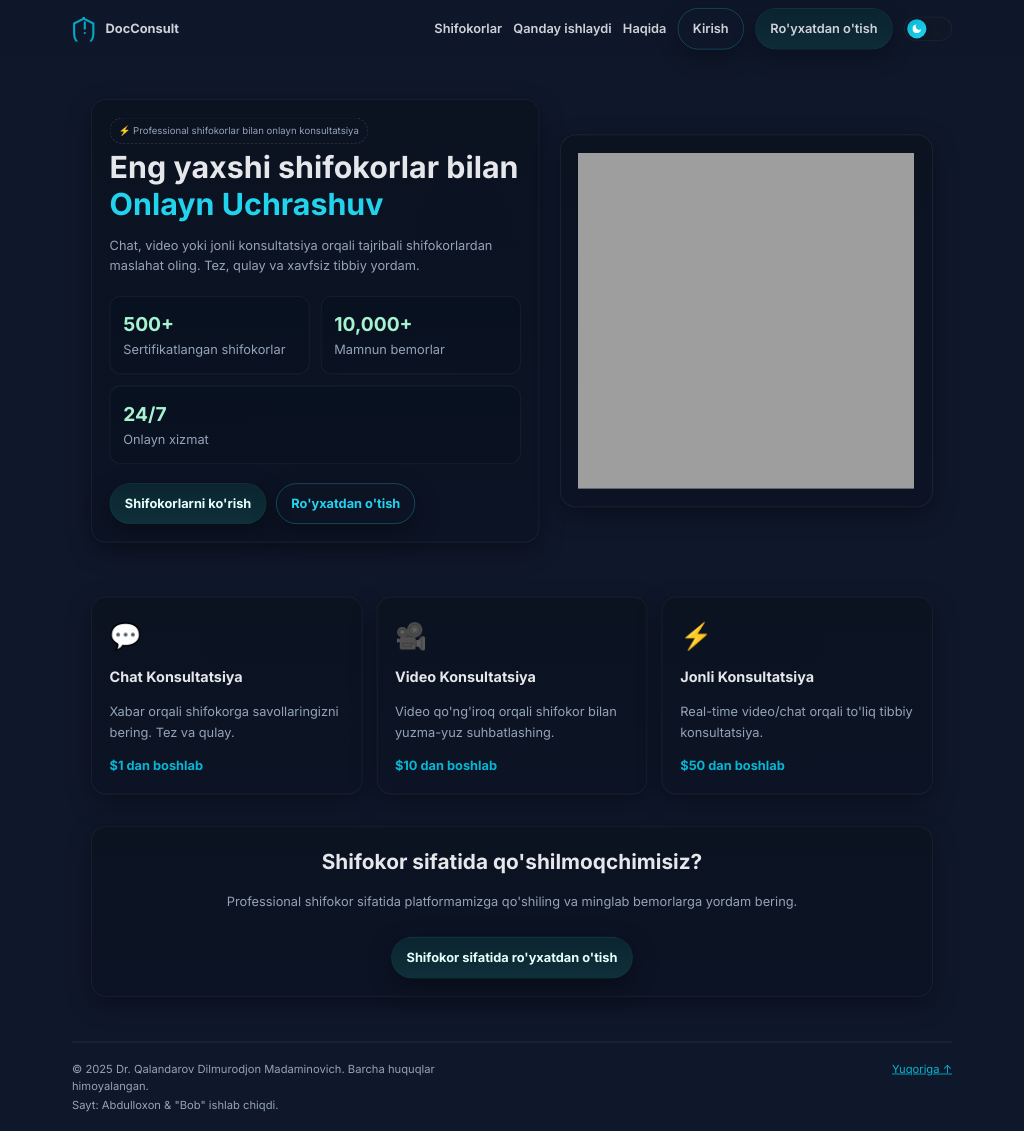
Repository: diyorbe-beep/-----------
Page: /
An editor plug-in stored every save of this project. The page is shown before and after the next save, followed by the edit.
The browser window is 1280 px wide. The pictures show the whole page, at 80% of full size.
Pictures or frames that could not be fetched are drawn as grey boxes. The page's requests for data from a server got no answer. The project was rebuilt for these pictures with package versions that can differ from the ones it lists, and the page was loaded fresh each time. No one was signed in, and anything a server would have sent is missing. Also part of the build but not shown: vite.config.js, src/components/DemoModeWarning.jsx, src/pages/Login.jsx, src/pages/Register.jsx, src/components/DoctorSearch.jsx, src/components/DoctorCard.jsx, src/pages/DoctorList.jsx, src/pages/DoctorDetail.jsx and 12 more.

Above is the page before, as saved 2025-10-20 21:14:37.

After the next save:
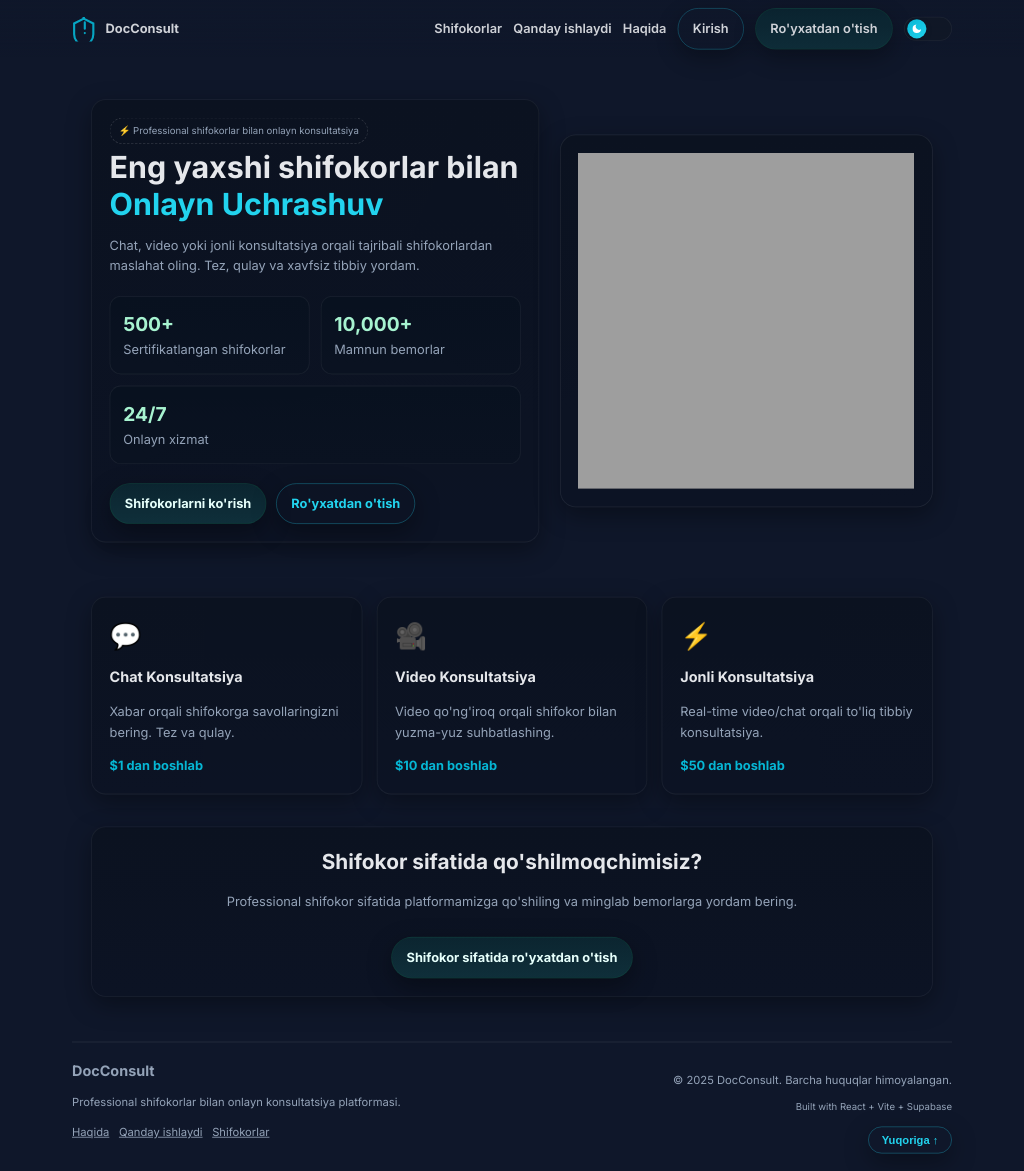
Saved 12 s later.
--- a/src/components/Footer.jsx
+++ b/src/components/Footer.jsx
@@ -1,21 +1,43 @@
 import React from 'react'
-import { scrollToTop } from '../utils/helpers.js'
+import { Link } from 'react-router-dom'
 
 const Footer = () => {
   const currentYear = new Date().getFullYear()
 
+  const scrollToTop = () => {
+    window.scrollTo({ top: 0, behavior: 'smooth' })
+  }
+
   return (
     <section className="footer container">
-      <div className="grid-2">
+      <div className="grid-2" style={{ gap: '32px' }}>
         <div>
-          © {currentYear} Dr. Qalandarov Dilmurodjon Madaminovich. Barcha huquqlar himoyalangan.
-          <br />
-          <span className="muted">Sayt: Abdulloxon & "Bob" ishlab chiqdi.</span>
+          <strong style={{ fontSize: '18px', marginBottom: '12px', display: 'block' }}>
+            DocConsult
+          </strong>
+          <p className="muted" style={{ margin: '0 0 12px', fontSize: '14px' }}>
+            Professional shifokorlar bilan onlayn konsultatsiya platformasi.
+          </p>
+          <div style={{ display: 'flex', gap: '12px', marginTop: '16px' }}>
+            <Link to="/about" className="muted" style={{ fontSize: '14px' }}>Haqida</Link>
+            <Link to="/how-it-works" className="muted" style={{ fontSize: '14px' }}>Qanday ishlaydi</Link>
+            <Link to="/doctors" className="muted" style={{ fontSize: '14px' }}>Shifokorlar</Link>
+          </div>
         </div>
         <div style={{ textAlign: 'right' }}>
-          <a href="#top" onClick={(e) => { e.preventDefault(); scrollToTop(); }}>
+          <p className="muted" style={{ fontSize: '14px', marginBottom: '8px' }}>
+            © {currentYear} DocConsult. Barcha huquqlar himoyalangan.
+          </p>
+          <p className="muted" style={{ fontSize: '12px', marginBottom: '16px' }}>
+            Built with React + Vite + Supabase
+          </p>
+          <button
+            onClick={scrollToTop}
+            className="btn btn-outline"
+            style={{ fontSize: '14px', padding: '8px 16px' }}
+          >
             Yuqoriga ↑
-          </a>
+          </button>
         </div>
       </div>
     </section>
